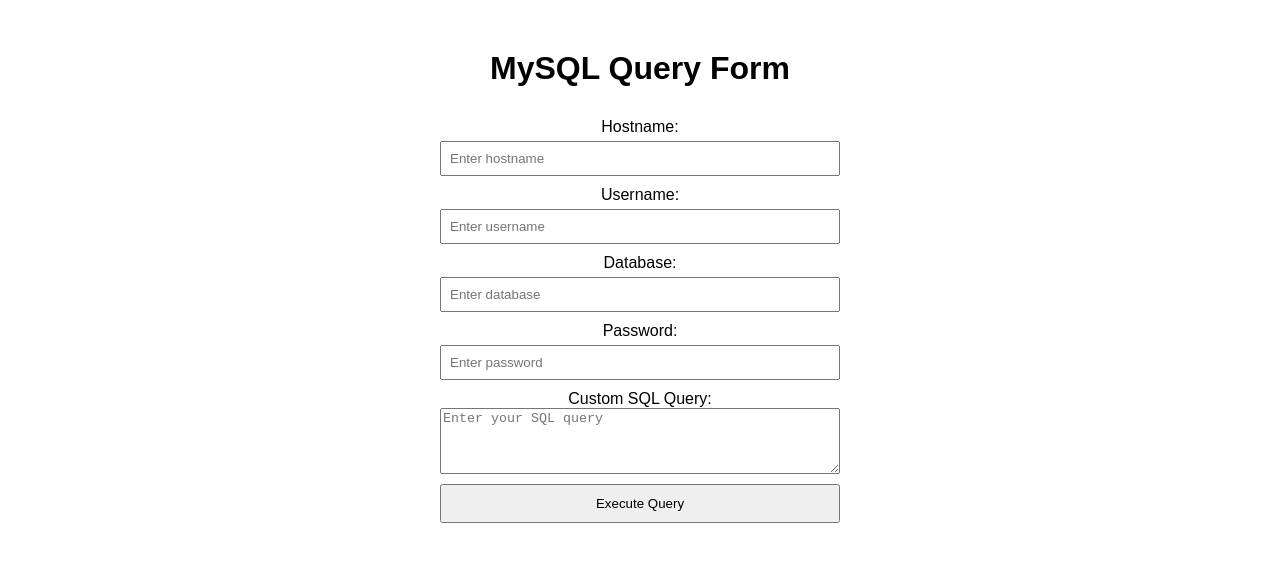
Repository: sweety-124/data-visualization-app
Page: http://localhost/
An editor plug-in stored every save of this project. The page is shown before and after the next save, followed by the edit.
The browser window is 1280 px wide. The pictures show the whole page.
The page is run by PHP 8.4 with error messages shown; the project is at /var/www/html/.

Above is the page before, as saved 2023-12-19 21:18:40.

### index.php
<!DOCTYPE html>
<html lang="en">
<head>
  <meta charset="UTF-8">
  <meta name="viewport" content="width=device-width, initial-scale=1.0">
  <title>MySQL Query Form</title>
  <link rel="stylesheet" href="assets/style.css">
</head>
<body>
  <div class="container">
    <h1>MySQL Query Form</h1>

    <form id="queryForm">
      <label for="hostname">Hostname:</label>
      <input type="text" id="hostname" name="hostname" placeholder="Enter hostname" required>

      <label for="username">Username:</label>
      <input type="text" id="username" name="username" placeholder="Enter username" required>

      <label for="database">Database:</label>
      <input type="text" id="database" name="database" placeholder="Enter database" required>

      <label for="password">Password:</label>
      <input type="password" id="password" name="password" placeholder="Enter password" required>

      <label for="customQuery">Custom SQL Query:</label>
      <textarea id="customQuery" name="customQuery" placeholder="Enter your SQL query" rows="4" required></textarea>

      <button type="button" onclick="submitForm()">Execute Query</button>
    </form>

    <div id="result"></div>
  </div>

  <script src="assets/script.js"></script>
</body>
</html>

### assets/style.css
/* style.css */

body {
    font-family: Arial, sans-serif;
    margin: 0;
    padding: 0;
}

.container {
    max-width: 400px;
    margin: 50px auto;
    text-align: center;
}

form {
    display: flex;
    flex-direction: column;
}

label {
    margin-top: 10px;
}

input {
    padding: 8px;
    margin-top: 5px;
}

button {
    padding: 10px;
    margin-top: 10px;
    cursor: pointer;
}

### assets/script.js
// assets/script.js

function submitForm() {
    const form = document.getElementById('queryForm');
    const resultContainer = document.getElementById('result');

    // Collect form data
    const formData = new FormData(form);

    // Convert form data to URL-encoded string
    const formDataString = new URLSearchParams(formData).toString();

    // Send a POST request to the server
    fetch('execute-query.php', {
      method: 'POST',
      headers: {
        'Content-Type': 'application/x-www-form-urlencoded',
      },
      body: formDataString,
    })
    .then(response => response.text())
    .then(data => {
      resultContainer.innerHTML = data;
    })
    .catch(error => console.error('Error:', error));
  }

After the next save:
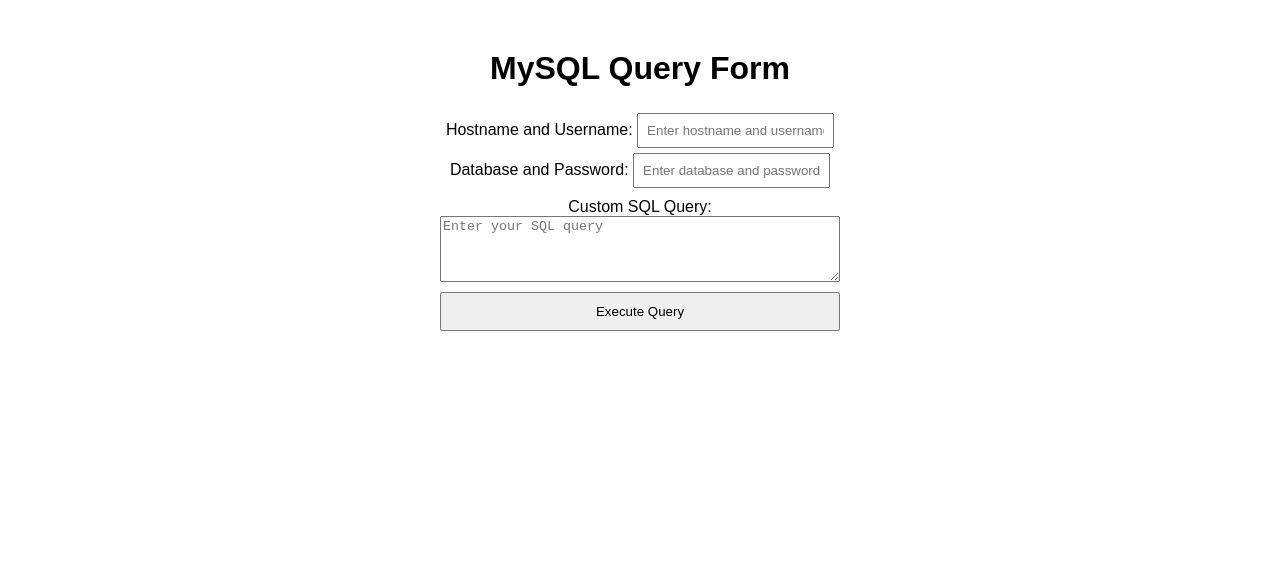
Saved 3 min 12 s later.
--- a/index.php
+++ b/index.php
@@ -11,17 +11,15 @@
     <h1>MySQL Query Form</h1>
 
     <form id="queryForm">
-      <label for="hostname">Hostname:</label>
-      <input type="text" id="hostname" name="hostname" placeholder="Enter hostname" required>
+      <div class="column">
+        <label for="hostAndUsername">Hostname and Username:</label>
+        <input type="text" id="hostAndUsername" name="hostAndUsername" placeholder="Enter hostname and username" required>
+      </div>
 
-      <label for="username">Username:</label>
-      <input type="text" id="username" name="username" placeholder="Enter username" required>
-
-      <label for="database">Database:</label>
-      <input type="text" id="database" name="database" placeholder="Enter database" required>
-
-      <label for="password">Password:</label>
-      <input type="password" id="password" name="password" placeholder="Enter password" required>
+      <div class="column">
+        <label for="dbAndPassword">Database and Password:</label>
+        <input type="text" id="dbAndPassword" name="dbAndPassword" placeholder="Enter database and password" required>
+      </div>
 
       <label for="customQuery">Custom SQL Query:</label>
       <textarea id="customQuery" name="customQuery" placeholder="Enter your SQL query" rows="4" required></textarea>

After the save that followed:
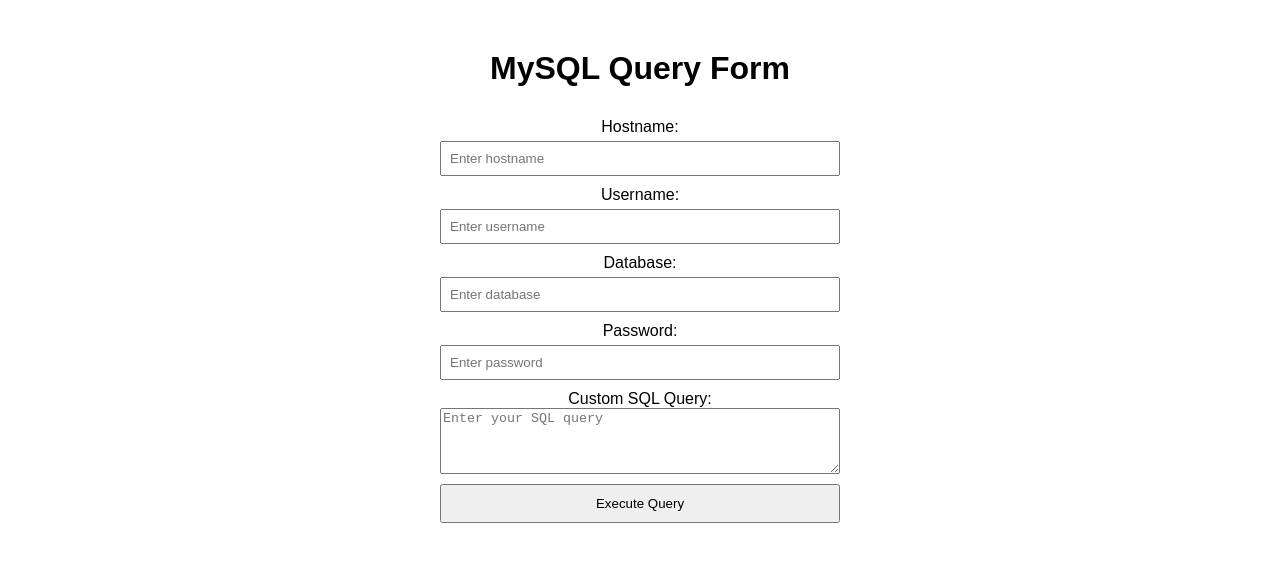
Saved 60 s later.
--- a/index.php
+++ b/index.php
@@ -11,15 +11,17 @@
     <h1>MySQL Query Form</h1>
 
     <form id="queryForm">
-      <div class="column">
-        <label for="hostAndUsername">Hostname and Username:</label>
-        <input type="text" id="hostAndUsername" name="hostAndUsername" placeholder="Enter hostname and username" required>
-      </div>
+      <label for="hostname">Hostname:</label>
+      <input type="text" id="hostname" name="hostname" placeholder="Enter hostname" required>
 
-      <div class="column">
-        <label for="dbAndPassword">Database and Password:</label>
-        <input type="text" id="dbAndPassword" name="dbAndPassword" placeholder="Enter database and password" required>
-      </div>
+      <label for="username">Username:</label>
+      <input type="text" id="username" name="username" placeholder="Enter username" required>
+
+      <label for="database">Database:</label>
+      <input type="text" id="database" name="database" placeholder="Enter database" required>
+
+      <label for="password">Password:</label>
+      <input type="password" id="password" name="password" placeholder="Enter password" required>
 
       <label for="customQuery">Custom SQL Query:</label>
       <textarea id="customQuery" name="customQuery" placeholder="Enter your SQL query" rows="4" required></textarea>
